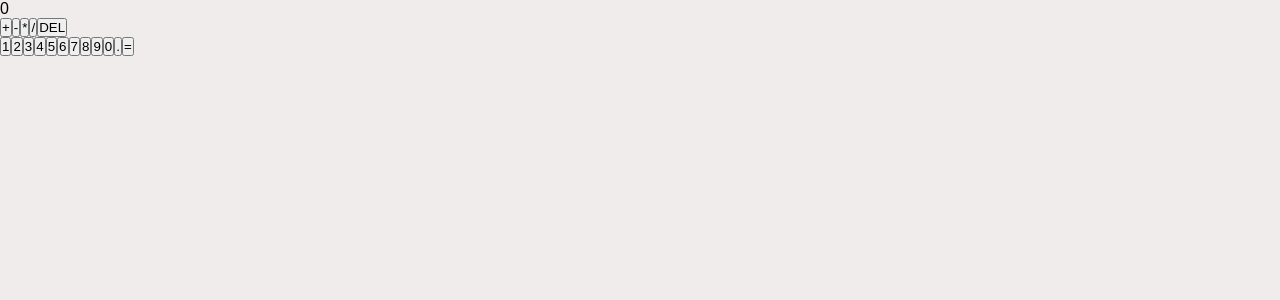
Repository: Bishek666/simple-calculator
Page: /
An editor plug-in stored every save of this project. The page is shown before and after the next save, followed by the edit.
The browser window is 1280 px wide. The pictures show the whole page.
The project was rebuilt for these pictures with package versions that can differ from the ones it lists, and the page was loaded fresh each time.

Above is the page before, as saved 2021-10-20 17:38:14.

After the next save:
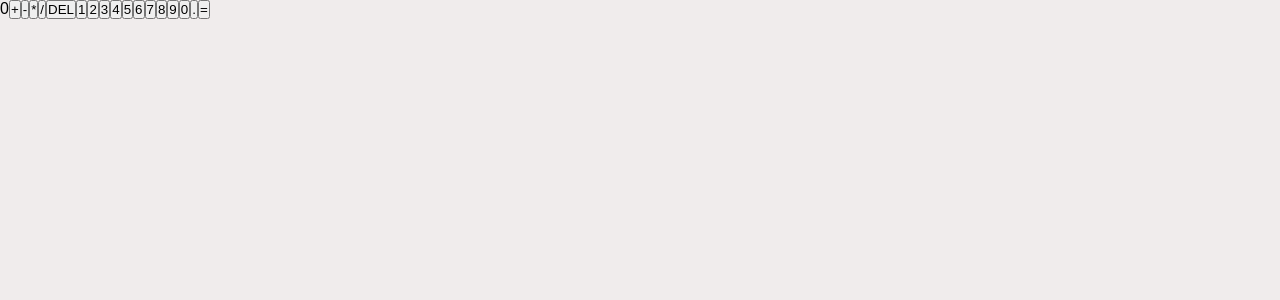
Saved 11 s later.
--- a/src/index.css
+++ b/src/index.css
@@ -15,3 +15,7 @@
 body {
     background-color: var(--light);
 }
+
+.container-calculator {
+    display: flex;
+}

After the save that followed:
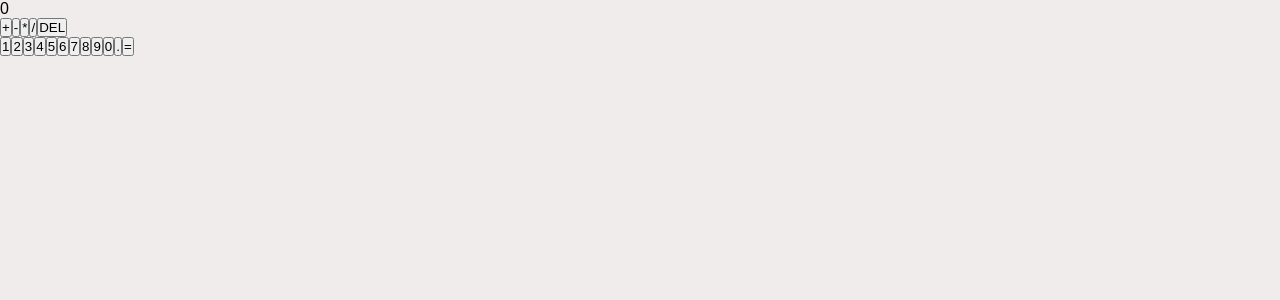
Saved 25 s later.
--- a/src/index.css
+++ b/src/index.css
@@ -18,4 +18,5 @@ body {
 
 .container-calculator {
     display: flex;
+    flex-direction: column;
 }
